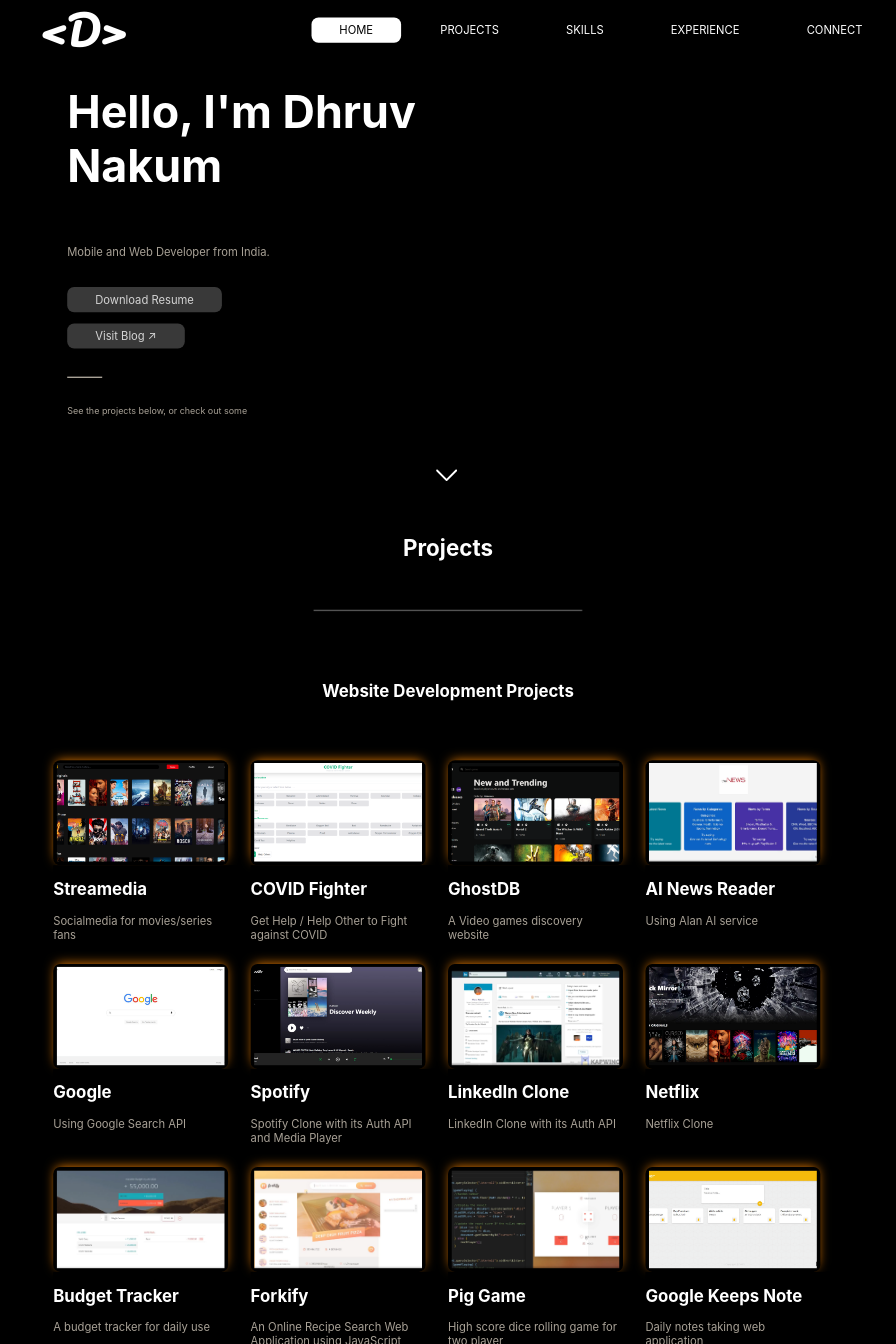
Repository: red-star25/next-portfolio
Page: /
These files come from the project's save history. The page is drawn as it stood at one moment and after the next save; the edit follows.
The browser window is 1280 px wide. The pictures show the part of the page from y = 0 to 1920 px (the page is 5386 px tall), at 70% of full size.
The project was rebuilt for these pictures with package versions that can differ from the ones it lists, and the page was loaded fresh each time. The framework's server and built-in components were replaced by stand-ins that run in the browser.

Above is the page before, as saved 2023-11-06 11:23:48.

After the next save:
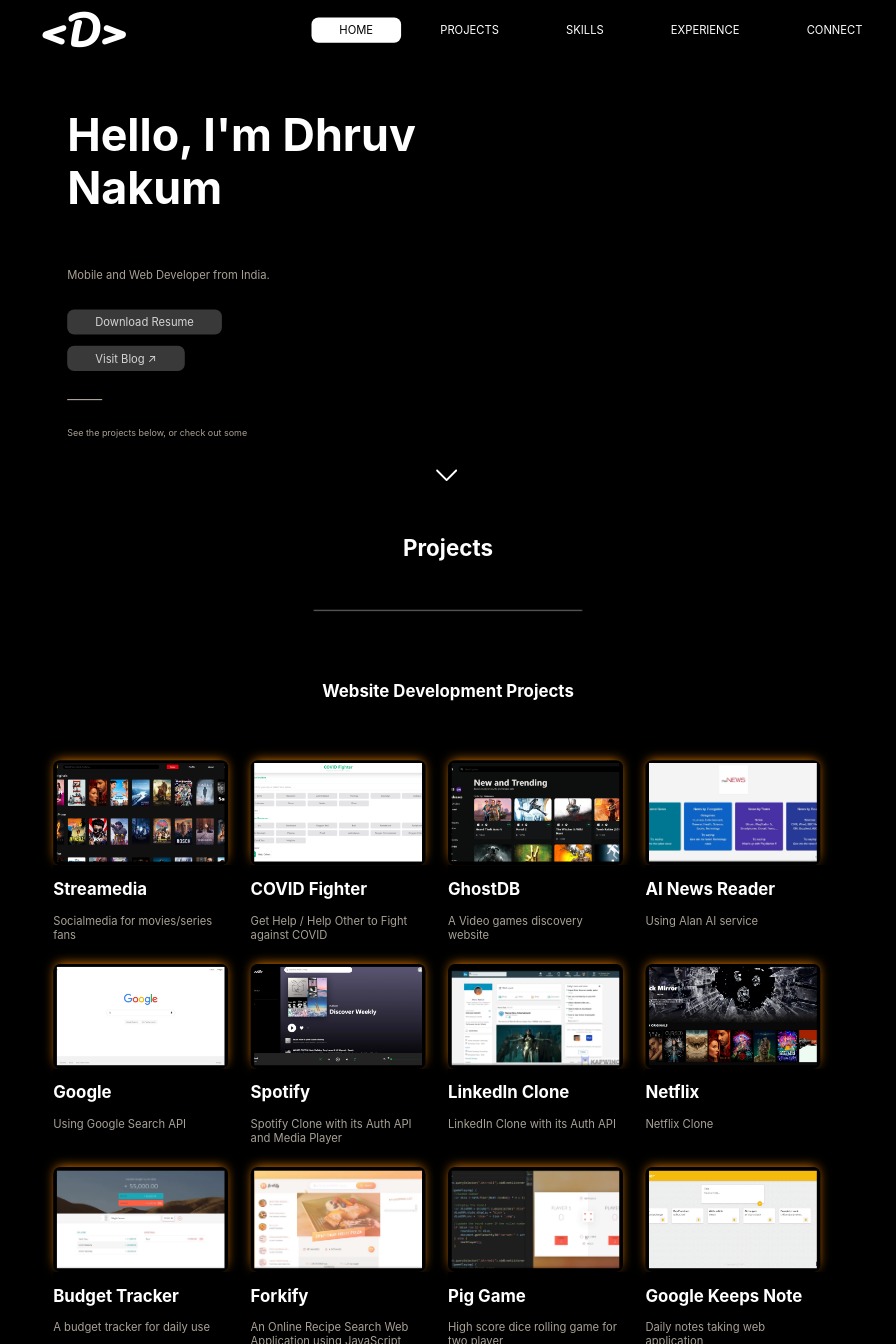
Saved 4 s later.
--- a/styles/Home.module.css
+++ b/styles/Home.module.css
@@ -9,7 +9,7 @@
 .home__title > h1 {
   color: white;
   font-size: 4em;
-  margin-top: 1em;
+  margin-top: 2em;
 }
 
 .home__subtitle > p {
